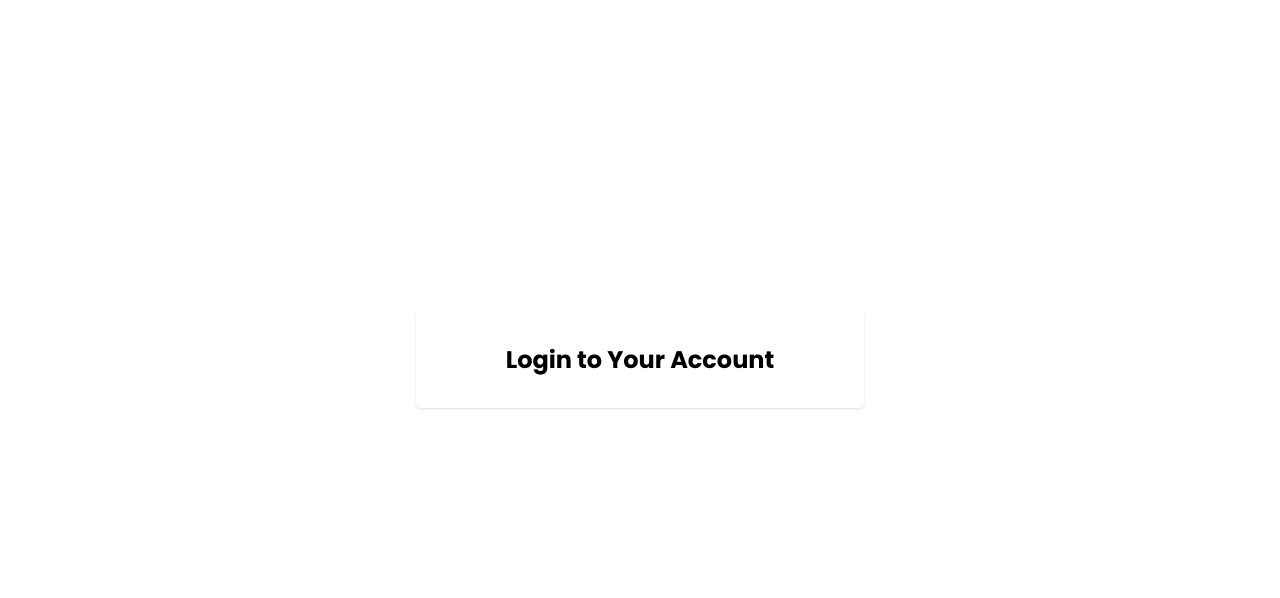
Repository: ShyrineJardin/pulse_admin
Page: /
These files come from the project's save history. The page is drawn as it stood at one moment and after the next save; the edit follows.
The browser window is 1280 px wide. The pictures show the whole page.
The project was rebuilt for these pictures with package versions that can differ from the ones it lists, and the page was loaded fresh each time.

Above is the page before, as saved 2026-03-25 10:30:57.

### src/index.css
@import url('https://fonts.googleapis.com/css2?family=Inter:ital,opsz,wght@0,14..32,100..900;1,14..32,100..900&family=Poppins:ital,wght@0,100;0,200;0,300;0,400;0,500;0,600;0,700;0,800;0,900;1,100;1,200;1,300;1,400;1,500;1,600;1,700;1,800;1,900&display=swap');

@tailwind base;
@tailwind components;
@tailwind utilities;

*{
    margin: 0;
    padding: 0;
    box-sizing: border-box;
}

body {
    font-family: poppins, sans-serif;
}

### src/App.js
import Login from "./components/Login";

function App() {
  return (
    <div className="App">
      <Login />
    </div>
  );
}

export default App;

### src/components/Login.jsx
import React from "react";

const Login = () => {
  return (
    <div className="flex items-center justify-center h-screen bg-gradient">
        <div className="w-full max-w-md p-8 space-y-6 bg-white rounded shadow">
            <h2 className="text-2xl font-bold text-center">Login to Your Account</h2>

        </div>
    </div>
  );
}

export default Login;

### tailwind.config.js
/** @type {import('tailwindcss').Config} */
module.exports = {
  content: [
    "./src/**/*.{js,jsx,ts,tsx}",
  ],
  theme: {
    extend: {
        colors: {

        },
    }
  },
  plugins: [],
}

Loaded but not shown: public/index.html (common file); src/index.js (common file); src/reportWebVitals.js (common file)

After the next save:
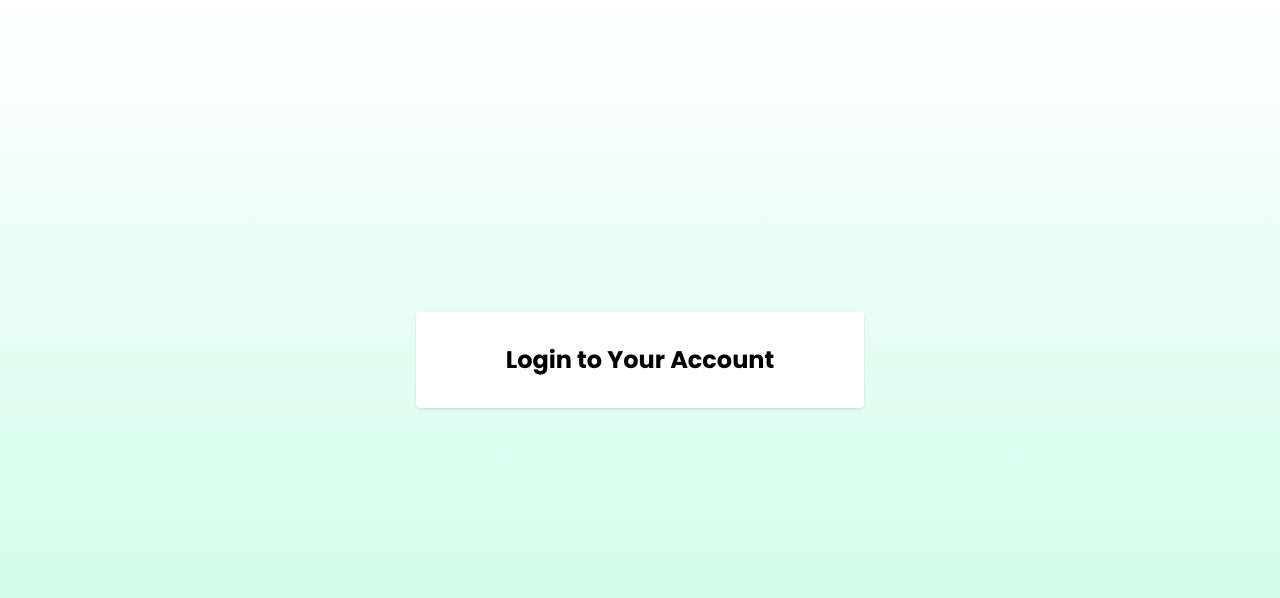
Saved 4 s later.
--- a/src/components/Login.jsx
+++ b/src/components/Login.jsx
@@ -2,7 +2,7 @@
 
 const Login = () => {
   return (
-    <div className="flex items-center justify-center h-screen bg-gradient">
+   <div className="flex items-center justify-center h-screen bg-gradient-to-b from-white to-[#C9FCE9]">
         <div className="w-full max-w-md p-8 space-y-6 bg-white rounded shadow">
             <h2 className="text-2xl font-bold text-center">Login to Your Account</h2>
 
